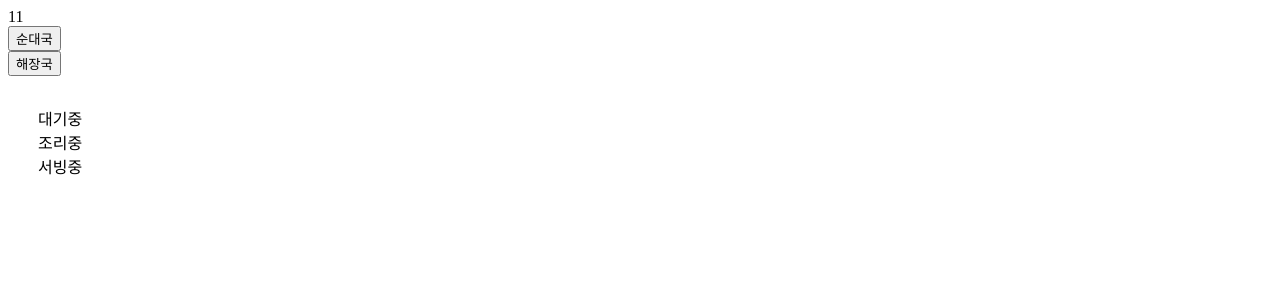
Repository: IT-magician/Restaurant-Simulation
Page: index.html
These files come from the project's save history. The page is drawn as it stood at one moment and after the next save; the edit follows.
The browser window is 1280 px wide. The pictures show the whole page.

Above is the page before, as saved 2023-11-14 20:22:23.

After the next save:
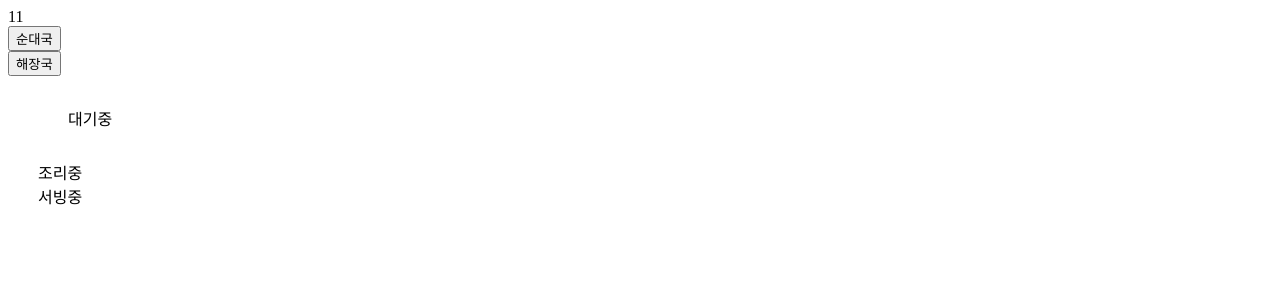
Saved 10 s later.
--- a/index.html
+++ b/index.html
@@ -20,7 +20,7 @@
       </div>
     </div>
     <div class="order-display" style="margin: 30px">
-      <div class="item">
+      <div class="item" style="margin: 30px">
         <div class="title">대기중</div>
         <div id="waiting"></div>
       </div>
